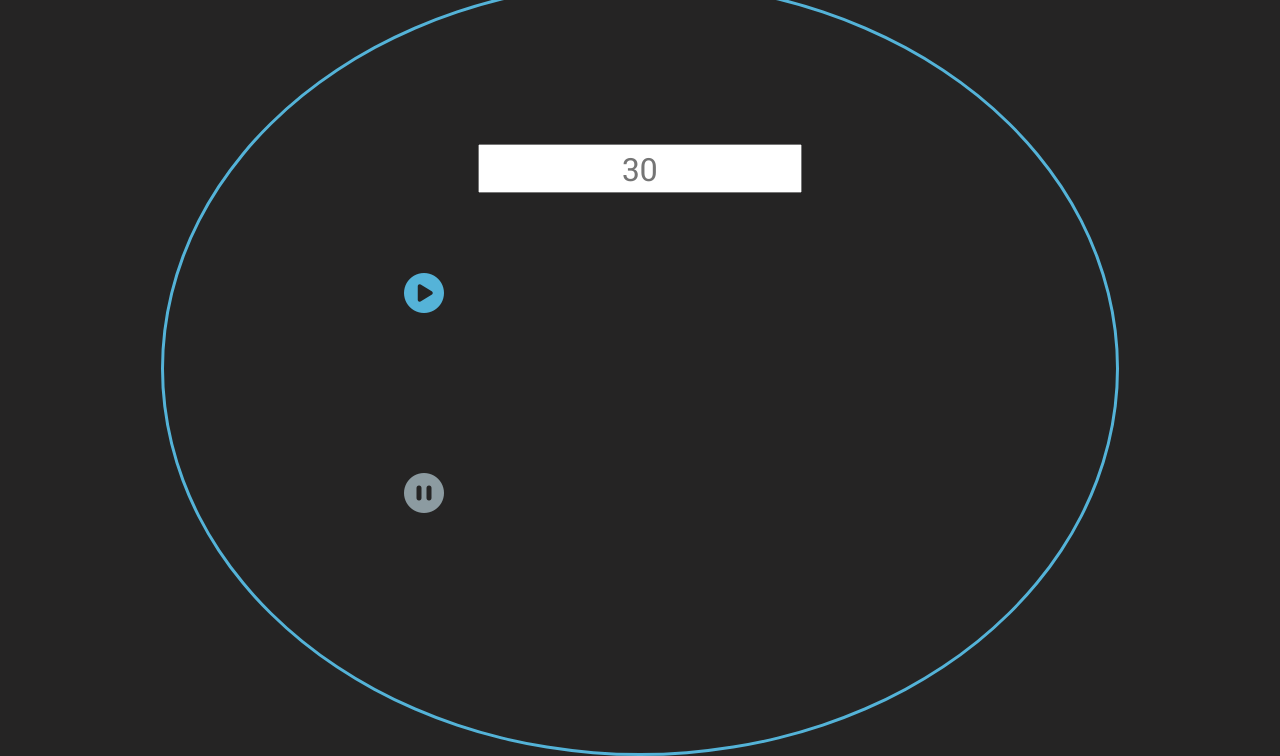
Repository: Sbethm/javascript-challenges
Page: index.html
The author's editor kept a copy of each file at every save. The page is drawn from the files as they stood at one save, then again after a run of saves.
The browser window is 1280 px wide. The pictures show the whole page.
Some web libraries are served in a nearby version. The style sheet was rebuilt from its Sass, Less or Tailwind sources for each picture, by a compiler version that may differ from the author's.

Above is the page before, as saved 2021-09-17 09:44:40.

### index.html
<!DOCTYPE html>
<html lang="en">
<head>
    <meta charset="UTF-8">
    <meta http-equiv="X-UA-Compatible" content="IE=edge">
    <meta name="viewport" content="width=device-width, initial-scale=1.0">
    <link rel="stylesheet" href="./CSS/main.css">
    <link rel="preconnect" href="https://fonts.googleapis.com">
    <link rel="preconnect" href="https://fonts.gstatic.com" crossorigin>
    <link href="https://fonts.googleapis.com/css2?family=Roboto+Slab&display=swap" rel="stylesheet">
    <script src="https://kit.fontawesome.com/4348baf125.js" crossorigin="anonymous"></script>
    <title>SarahMoosa: JavaScript Challenges</title>
</head>
<body>
    <header></header>
    <main>
        <div class="container">
            <input type="text" placeholder="30">
            <div class="btn-container">
                <i class="fas fa-play-circle"></i>
                <i class="fas fa-pause-circle"></i>
            </div>
        </div>
    </main>
</body>
</html>

### SCSS/main.scss
@import "./variables";

body {
    background-color: rgb(37, 36, 36);
}

main{
    height: 100vh;
    display: flex;
    align-items: center;
    justify-content: center;
}

.container {
    display: grid;
    grid-template-columns: 50% 50%;
    grid-row: 25% 75%;
    width: 50%;
    padding: 5em;
    margin: 0 auto;
    font-family: 'Roboto Slab', serif;
    font-size: 2rem;
    background-color: rgb(37, 36, 36);
    border: solid 3px rgb(84, 179, 216);
    border-radius: 100%;
}

input {
    width: 50%;
    grid-area: 1 / 1 / 2 / 3;
    margin: 0 auto;
    text-align: center;
    font-family: inherit;
    font-size: 100%;
}

i {
    padding: 2em;
    font-size: clamp(1rem, 75vw, 2.5rem);
}

.fa-play-circle {
    color: $activeColor;
    grid-area: 2 / 1 / 3 / 2;
}

.fa-pause-circle {
    color: $inactiveColor;
    grid-area: 2 / 2 / 3 / 3;
}

### SCSS/_variables.scss
//COLORS
$activeColor: hsl(197, 63%, 59%);
$inactiveColor: hsl(197, 10%, 59%);

After the next 3 saves:
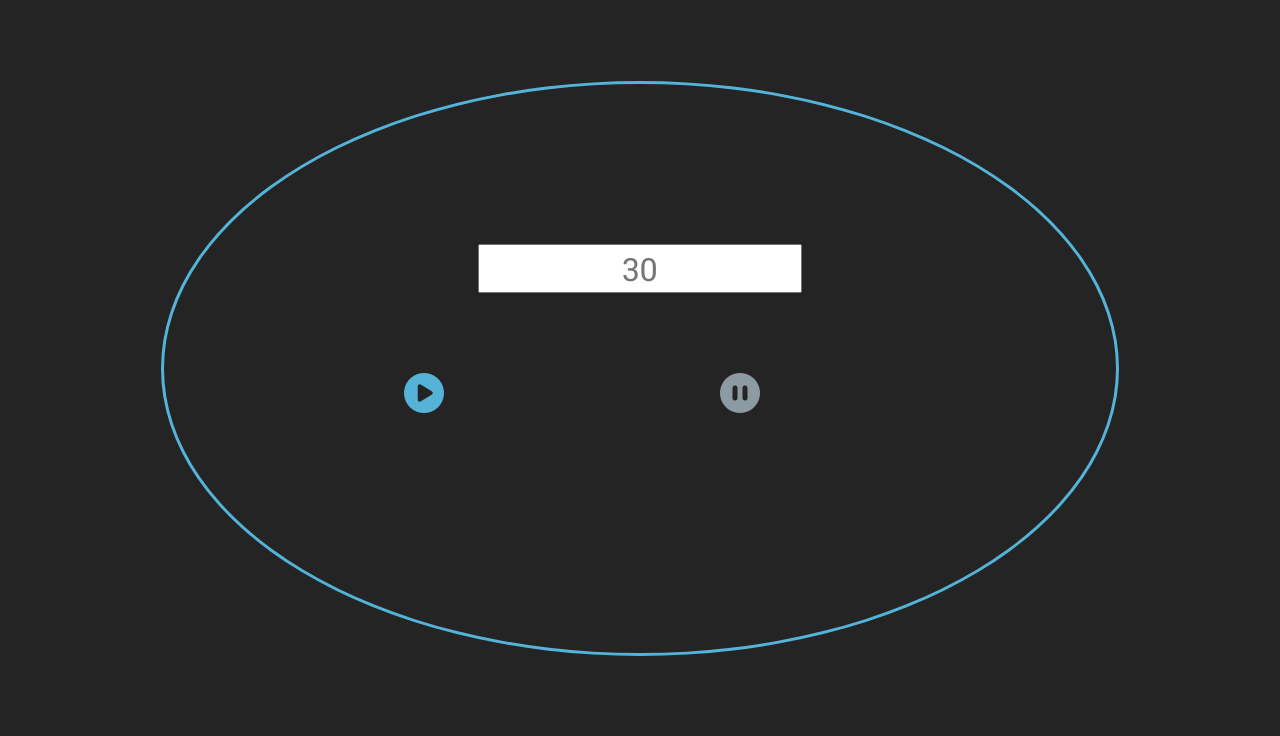
The 3 saves are shown as one change because they came seconds apart.
The last was saved 30 s later.
--- a/index.html
+++ b/index.html
@@ -16,9 +16,8 @@
     <main>
         <div class="container">
             <input type="text" placeholder="30">
-            <div class="btn-container">
-                <i class="fas fa-play-circle"></i>
-                <i class="fas fa-pause-circle"></i>
+            <i class="fas fa-play-circle"></i>
+            <i class="fas fa-pause-circle"></i>
             </div>
         </div>
     </main>
